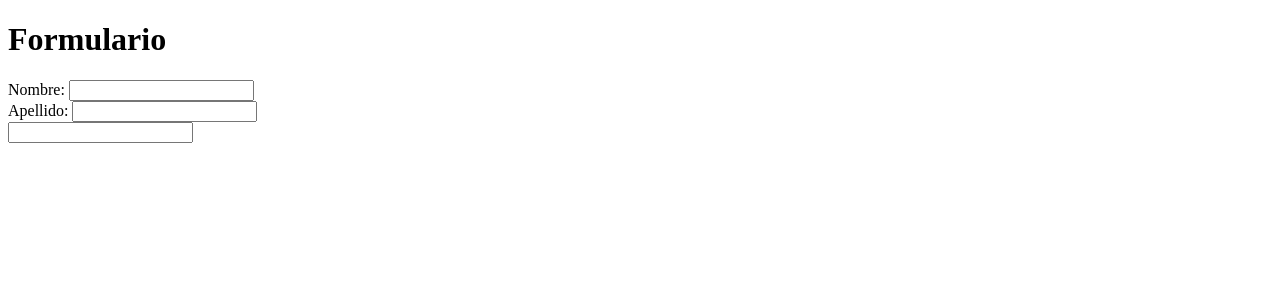
Repository: Pablosky971/Ejercicio-4.-Proyecto-Web
Page: 01_Web/src/main/webapp/formulario1.html
The author's editor kept a copy of each file at every save. The page is drawn from the files as they stood at one save, then again after the next save.
The browser window is 1280 px wide. The pictures show the whole page.

Above is the page before, as saved 2022-03-10 09:35:20.

After the next save:
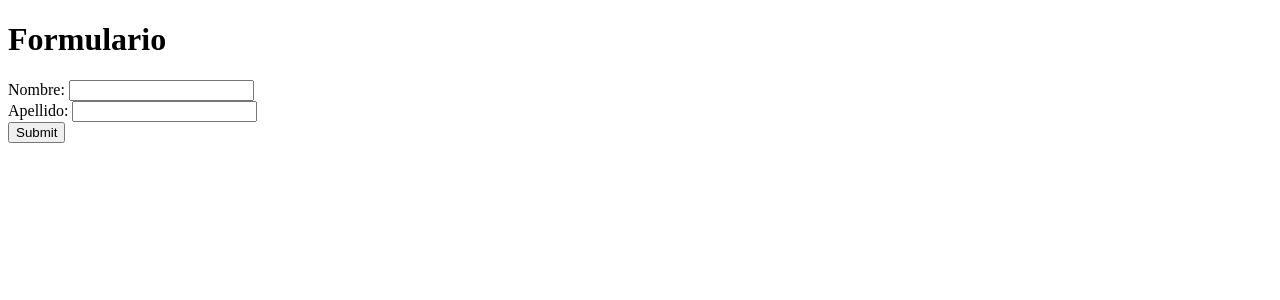
Saved 5 s later.
--- a/01_Web/src/main/webapp/formulario1.html
+++ b/01_Web/src/main/webapp/formulario1.html
@@ -12,7 +12,7 @@
 		<br/>
 		Apellido: <input type="text" name="apellido">
 		<br/>
-		<input type
+		<input type="submit"
 	</form>
 </body>
 </html>
